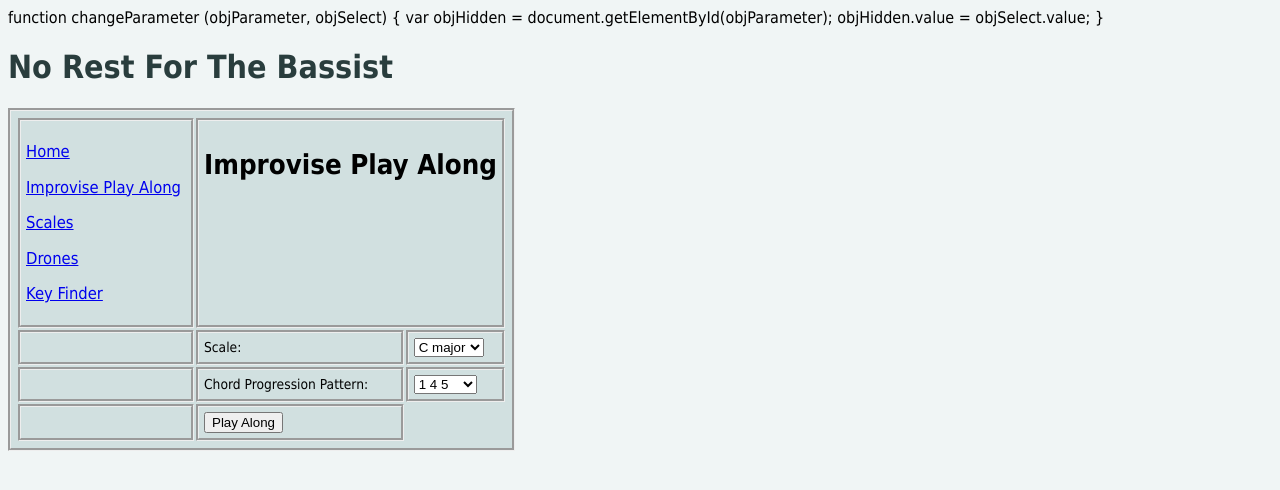
Repository: jenboyle/norestforthebassist
Page: http://localhost/norestforthebassist/improvise.jsp
An editor plug-in stored every save of this project. The page is shown before and after the next save, followed by the edit.
The browser window is 1280 px wide. The pictures show the whole page.
The page is served by Tomcat 9. Other server files are loaded and not shown.

Above is the page before, as saved 2021-04-28 22:34:37.

### norestforthebassist/src/main/webapp/improvise.jsp
<%@ page language="java" contentType="text/html; charset=UTF-8"
    pageEncoding="UTF-8"%>
<!DOCTYPE html>
<html>
<head>
<meta charset="UTF-8">
<link href="resources/css/main.css" rel="stylesheet">
<title>No Rest For The Bassist</title>
</head>
<body>
<form action="playalong.jsp">
  <input type="hidden" name="scalename" value="cmajor" />
  <input type="hidden" name="title" value="C Major Scale" />
  <input type="hidden" name="id" value="1" />
  function changeParameter (objParameter, objSelect)
    {
        var objHidden = document.getElementById(objParameter);
        objHidden.value = objSelect.value;
    }
    <h1>No Rest For The Bassist</h1>
    <table>
        <tr>
            <td style = "width: 160px;">
                <jsp:include page="sidebar.html" flush="true"/>
            </td>
            <td style = "vertical-align: top" colspan="2">
                <h2>Improvise Play Along</h2>
            </td>
            </tr>
            <tr>
                <td/>
                <td>Scale:</td>
                <td>
                <select name="improvise_scale" id="improvise_scale" onchange="changeParameter(scalename, this)">
                    <option value="cmajor" selected>C major</option>
  					<option value="dmajor">D major</option>
  					<option value="emajor">E major</option>
  					<option value="fmajor">F major</option>
  					<option value="gmajor">G major</option>
  					<option value="amajor">A major</option>
  					<option value="bmajor">B major</option>
				</select>
				</td>
			</tr>
			<tr>
			    <td/>
			    <td>Chord Progression Pattern:</td>
				<td>
				<select name="improvise_pattern" id="improvise_pattern">
                    <option value="1|4|5" selected>1 4 5</option>
  					<option value="1|5|6|4">1 5 6 4</option>
  					<option value="2|5|1">2 5 1</option>
				</select>
            </td>
        </tr>
        <tr>
        <td/>
        <td>
          <input type = "submit" value = "Play Along" />
        </td>
        </tr>
    </table>
    </form>
</body>
</html>

### norestforthebassist/src/main/webapp/sidebar.html
<p><a href="http://localhost:8080/norestforthebassist/index.jsp">Home</a></p>
<p><a href="http://localhost:8080/norestforthebassist/improvise.jsp">Improvise Play Along</a></p>
<p><a href="http://localhost:8080/norestforthebassist/scales.jsp">Scales</a></p>
<p><a href="http://localhost:8080/norestforthebassist/drones.jsp">Drones</a></p>
<p><a href="http://localhost:8080/norestforthebassist/keyfinder.jsp">Key Finder</a></p>

### norestforthebassist/src/main/webapp/resources/css/main.css
@charset "UTF-8";
body
{
    font-family: tahoma, helvetica, arial, sans-serif;
    background-color: #f0f5f5;
}
table, tr, td
{
    font-size: .95em;
    border: 3px groove;
    padding: 5px;
    background-color: #d1e0e0;
}
h1
{
	color: #293d3d;
}
h2
{
	font-size: 2em;
	text-align: center;
}
p
{
	font-size: 1.2em;
}
.tdbold {
	font-weight: bold;
}
.imgscalebassscore {
  width:100%;
  opacity: 0.5;
}
.scalebassscore {
  text-align: center;
  position: relative;
}

.text {
  position: absolute;
  top: 50%;
  left: 50%;
  transform: translate(-50%, -50%);
}

.left_arrow {
	padding: 5px;
}

.right_arrow {
	padding: 5px;
}

.scalebassscore .e_string_position_1 {
	position: absolute;
    bottom: 16px;
    left: 60px;
}

.scalebassscore .e_string_position_2 {
	position: absolute;
    bottom: 16px;
    left: 100px;
}

.scalebassscore .e_string_position_3 {
	position: absolute;
    bottom: 16px;
    left: 140px;
}

.scalebassscore .a_string_position_1 {
	position: absolute;
    bottom: 41px;
    left: 60px;
}

.scalebassscore .a_string_position_2 {
	position: absolute;
    bottom: 41px;
    left: 100px;
}

.scalebassscore .a_string_position_3 {
	position: absolute;
    bottom: 41px;
    left: 140px;
}

.scalebassscore .a_string_position_4 {
	position: absolute;
    bottom: 41px;
    left: 180px;
}

.scalebassscore .a_string_position_5 {
	position: absolute;
    bottom: 41px;
    left: 220px;
}

.scalebassscore .a_string_position_6 {
	position: absolute;
    bottom: 41px;
    left: 260px;
}

.scalebassscore .d_string_position_1 {
  position: absolute;
  top: 32px;
  left: 60px;
}

.scalebassscore .d_string_position_2 {
  position: absolute;
  top: 32px;
  left: 100px;
}

.scalebassscore .d_string_position_3 {
  position: absolute;
  top: 32px;
  left: 140px;
}

.scalebassscore .d_string_position_4 {
  position: absolute;
  top: 32px;
  left: 180px;
}

.scalebassscore .d_string_position_5 {
  position: absolute;
  top: 32px;
  left: 220px;
}

.scalebassscore .d_string_position_6 {
  position: absolute;
  top: 32px;
  left: 260px;
}

.scalebassscore .d_string_position_7 {
  position: absolute;
  top: 32px;
  left: 300px;
}

.scalebassscore .d_string_position_8 {
  position: absolute;
  top: 32px;
  left: 340px;
}

.scalebassscore .g_string_position_1 {
  position: absolute;
  top: 7px;
  left: 60px;
}

.scalebassscore .g_string_position_2 {
  position: absolute;
  top: 7px;
  left: 100px;
}

.scalebassscore .g_string_position_3 {
  position: absolute;
  top: 7px;
  left: 140px;
}

.scalebassscore .g_string_position_4 {
  position: absolute;
  top: 7px;
  left: 180px;
}

.scalebassscore .g_string_position_5 {
  position: absolute;
  top: 7px;
  left: 220px;
}

.scalebassscore .g_string_position_6 {
  position: absolute;
  top: 7px;
  left: 260px;
}

.scalebassscore .g_string_position_7 {
  position: absolute;
  top: 7px;
  left: 300px;
}

.scalebassscore .g_string_position_8 {
  position: absolute;
  top: 7px;
  left: 340px;
}

.scalebassscore .another {
  position: absolute;
  bottom: 34px;
  right: 140px;
}

/* Bottom left text */
.bottom-left {
  position: absolute;
  bottom: 8px;
  left: 16px;
}

/* Top left text */
.top-left {
  position: absolute;
  top: 8px;
  left: 16px;
}

/* Top right text */
.top-right {
  position: absolute;
  top: 8px;
  right: 16px;
}

/* Bottom right text */
.bottom-right {
  position: absolute;
  bottom: 8px;
  right: 16px;
}

/* Centered text */
.centered {
  position: absolute;
  top: 50%;
  left: 50%;
  transform: translate(-50%, -50%);
}

### norestforthebassist/src/main/webapp/resources/js/improvise.js
/**
 *
 */

function changeParameter (objParameter, objSelect)
    {
        var objHidden = document.getElementById(objParameter);
        objHidden.value = objSelect.value;
    }

After the next save:
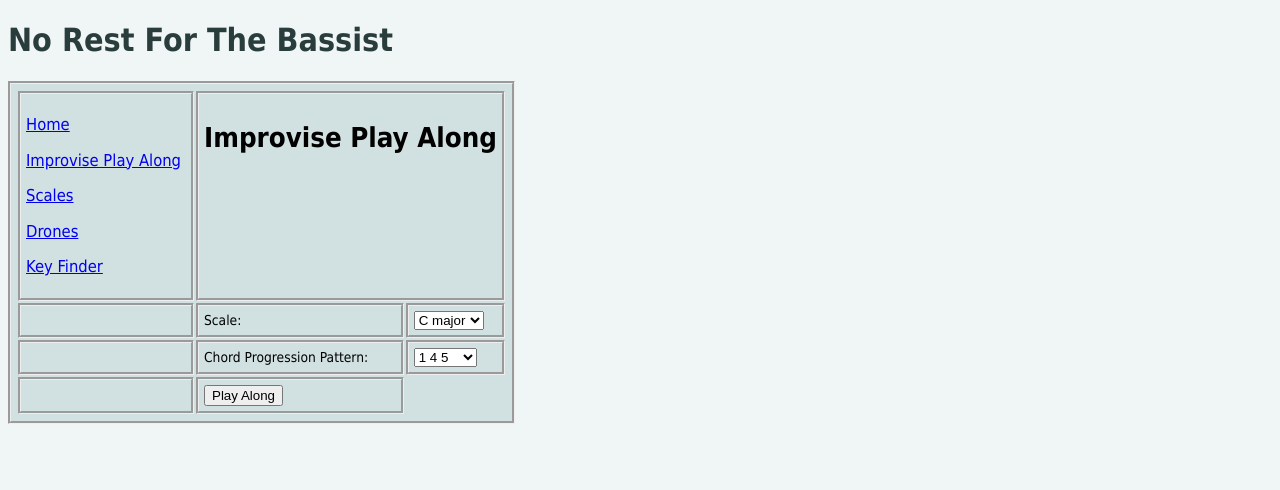
Saved 68 s later.
--- a/norestforthebassist/src/main/webapp/improvise.jsp
+++ b/norestforthebassist/src/main/webapp/improvise.jsp
@@ -5,6 +5,7 @@
 <head>
 <meta charset="UTF-8">
 <link href="resources/css/main.css" rel="stylesheet">
+<script src="resources/js/improvise.js"></script>
 <title>No Rest For The Bassist</title>
 </head>
 <body>
@@ -12,11 +13,7 @@
   <input type="hidden" name="scalename" value="cmajor" />
   <input type="hidden" name="title" value="C Major Scale" />
   <input type="hidden" name="id" value="1" />
-  function changeParameter (objParameter, objSelect)
-    {
-        var objHidden = document.getElementById(objParameter);
-        objHidden.value = objSelect.value;
-    }
+
     <h1>No Rest For The Bassist</h1>
     <table>
         <tr>
